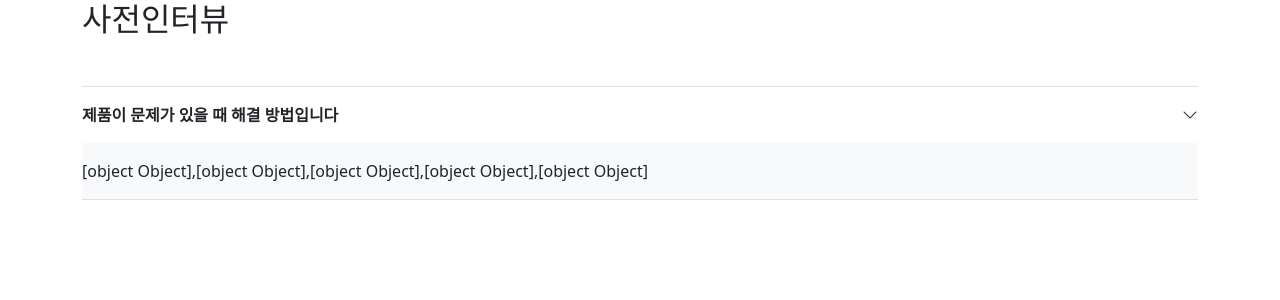
Repository: shin-eekk/js_study
Page: faq.html
These files come from the project's save history. The page is drawn as it stood at one moment and after the next save; the edit follows.
The browser window is 1280 px wide. The pictures show the whole page.
The style sheet was rebuilt from its Sass, Less or Tailwind sources for each picture, by a compiler version that may differ from the author's.

Above is the page before, as saved 2025-03-12 10:41:28.

### faq.html
<!DOCTYPE html>
<html lang="en">
<head>
    <meta charset="UTF-8">
    <meta name="viewport" content="width=device-width, initial-scale=1.0">
    <title>Document</title>
    <link rel="stylesheet" href="https://cdn.jsdelivr.net/npm/reset-css@5.0.2/reset.min.css">
    <link href="https://cdn.jsdelivr.net/npm/bootstrap@5.3.3/dist/css/bootstrap.min.css" rel="stylesheet" integrity="sha384-QWTKZyjpPEjISv5WaRU9OFeRpok6YctnYmDr5pNlyT2bRjXh0JMhjY6hW+ALEwIH" crossorigin="anonymous">
    <link rel="stylesheet" href="https://cdn.jsdelivr.net/npm/bootstrap-icons@1.11.3/font/bootstrap-icons.min.css">
    <link rel="stylesheet" href="./scss/faq.min.css">
    <script src="./js/faq.js"></script>
</head>
<body>
    <section id="faq" class="section">
        <div class="container d-flex gap-5 flex-column justify-content-center">
            <h2>사전인터뷰</h2>
            <dl>
                <!-- <dt class="border-top py-3 d-flex justify-content-center">
                    <strong>타이틀</strong>
                    <i class="bi bi-chevron-down"></i>
                </dt>
                <dd class="border-bottom py-3 bg-light">내용</dd> -->
            </dl>

        </div>
    </section>
</body>
</html>

### js/faq.js
window.addEventListener("DOMContentLoaded",()=>{
    const faq = [
        {
        dt: "제품이 문제가 있을 때 해결 방법입니다",
        dd: "이렇게 저렇게 요렇게 이렇게 저렇게 | 요렇게이렇게 저렇게 요렇게 |이렇게 저렇게 요렇게하세요"
        },
        {
        dt: "배송에 문제가 생겼어요",
        dd: "이렇게 저렇게 요렇게 이렇게 저렇게 | 요렇게이렇게 저렇게 요렇게 |이렇게 저렇게 요렇게하세요"
        },
        {
        dt: "제품을 교환/환불하고 싶어요",
        dd: "이렇게 저렇게 요렇게 이렇게 저렇게 | 요렇게이렇게 저렇게 요렇게 |이렇게 저렇게 요렇게하세요"
        },
        {
        dt: "제품이 문제가 있을 때 해결 방법입니다",
        dd: "이렇게 저렇게 요렇게 이렇게 저렇게 | 요렇게이렇게 저렇게 요렇게 |이렇게 저렇게 요렇게하세요"
        },
        {
        dt: "제품이 문제가 있을 때 해결 방법입니다",
        dd: "이렇게 저렇게 요렇게 이렇게 저렇게 | 요렇게이렇게 저렇게 요렇게 |이렇게 저렇게 요렇게하세요"
        },
    ]
     let faqtag = `<dt class="border-top py-3 d-flex justify-content-between">
                    <strong>${faq[0].dt}</strong>
                    <i class="bi bi-chevron-down"></i>
                    </dt>
                    <dd class="border-bottom py-3 bg-light">${faq}</dd>`;

    const faqdom = document.querySelector("#faq dl");
    faqdom.innerHTML = faqtag;
})

### scss/faq.scss
p, ul, li, dl, dt, dd, h1, h2, h3{
    margin: 0;
    padding: 0;
}

After the next save:
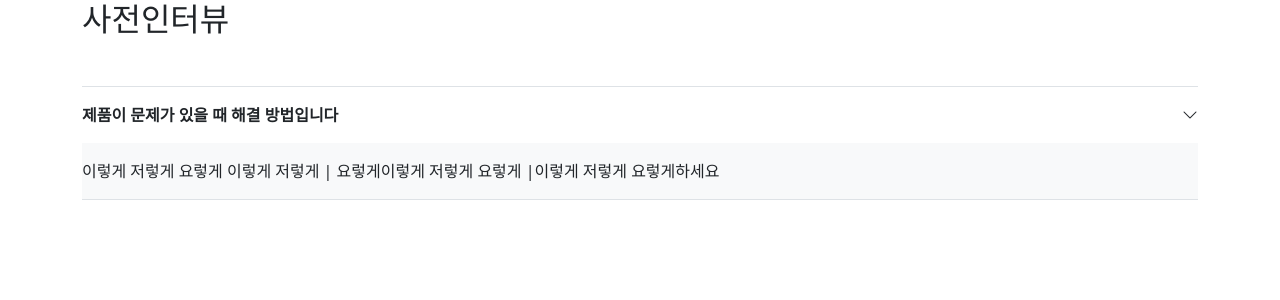
Saved 4 s later.
--- a/js/faq.js
+++ b/js/faq.js
@@ -25,7 +25,7 @@ window.addEventListener("DOMContentLoaded",()=>{
                     <strong>${faq[0].dt}</strong>
                     <i class="bi bi-chevron-down"></i>
                     </dt>
-                    <dd class="border-bottom py-3 bg-light">${faq}</dd>`;
+                    <dd class="border-bottom py-3 bg-light">${faq[0].dd}</dd>`;
 
     const faqdom = document.querySelector("#faq dl");
     faqdom.innerHTML = faqtag;
